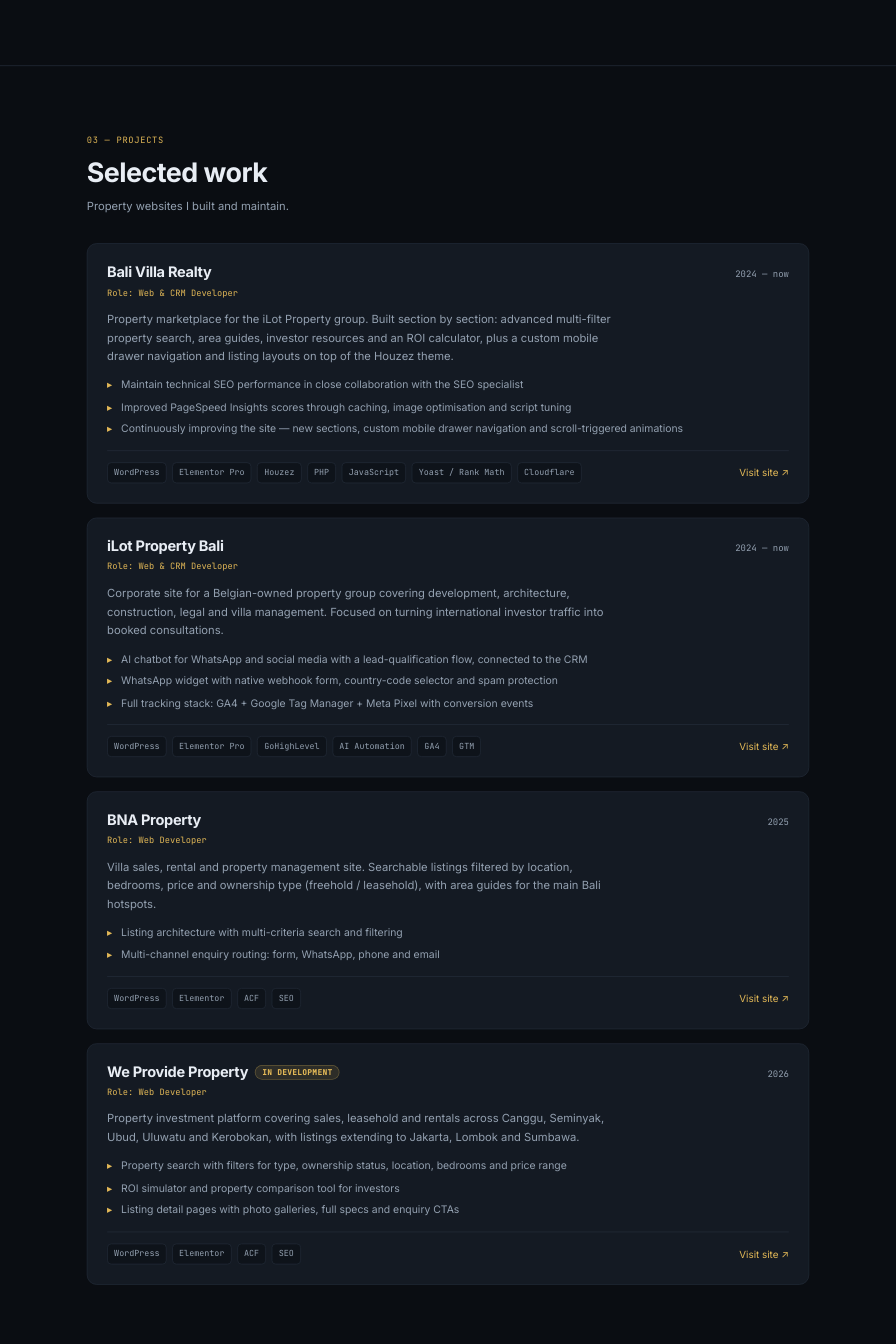
Repository: agungcantona/portfolio-react
Page: /
An editor plug-in stored every save of this project. The page is shown before and after the next save, followed by the edit.
The browser window is 1280 px wide. The pictures show the part of the page from y = 2058 to 3978 px (the page is 6029 px tall), at 70% of full size.
The project was rebuilt for these pictures with package versions that can differ from the ones it lists, and the page was loaded fresh each time. Also part of the build but not shown: vite.config.js, src/hooks/useReveal.js.

Above is the page before, as saved 2026-09-02 22:12:56.

### index.html
<!doctype html>
<html lang="en">
  <head>
    <meta charset="UTF-8" />
    <meta name="viewport" content="width=device-width, initial-scale=1.0" />

    <!-- SEO dasar -->
    <title>Agung Cantona — Web &amp; CRM Developer · Digital Marketing</title>
    <meta
      name="description"
      content="Portfolio of I Gede Agung Cantona Suryabisana — Web &amp; CRM Developer in Bali, building property websites with WordPress, React, GoHighLevel CRM, SEO and analytics."
    />
    <meta name="author" content="I Gede Agung Cantona Suryabisana" />

    <!-- Preview saat link dibagikan di WhatsApp / LinkedIn -->
    <meta property="og:type" content="website" />
    <meta property="og:title" content="Agung Cantona — Web &amp; CRM Developer · Digital Marketing" />
    <meta
      property="og:description"
      content="Web &amp; CRM Developer in Bali. Property websites, CRM automation, SEO and analytics."
    />

    <link rel="preconnect" href="https://fonts.googleapis.com" />
    <link rel="preconnect" href="https://fonts.gstatic.com" crossorigin />
    <link
      href="https://fonts.googleapis.com/css2?family=Inter:wght@400;500;600;700&family=JetBrains+Mono:wght@400;500&display=swap"
      rel="stylesheet"
    />
  </head>
  <body>
    <!-- React "menempel" ke div ini. Lihat src/main.jsx -->
    <div id="root"></div>
    <script type="module" src="/src/main.jsx"></script>
  </body>
</html>

### src/main.jsx
import React from 'react'
import ReactDOM from 'react-dom/client'
import App from './App.jsx'
import './index.css'

// Ini pintu masuk aplikasi React.
// React mengambil alih <div id="root"> di index.html, lalu merender <App /> di dalamnya.
ReactDOM.createRoot(document.getElementById('root')).render(
  <React.StrictMode>
    <App />
  </React.StrictMode>
)

### src/data/content.js
// =============================================================
//  SEMUA TEKS WEBSITE ADA DI FILE INI.
//  Mau ganti isi website? Edit di sini saja, jangan di komponen.
//
//  Struktur: content.en = versi Inggris, content.id = versi Indonesia.
//  Kedua object HARUS punya key yang sama persis, hanya isinya beda bahasa.
// =============================================================

// --- Data yang tidak perlu diterjemahkan (sama di kedua bahasa) ---
export const profile = {
  name: "Agung Cantona",
  fullName: "I Gede Agung Cantona Suryabisana",
  initials: "AC",
  email: "agungcantona.work@gmail.com",
  phone: "+62 812 3966 3155",
  whatsapp: "6281239663155",
  location: "Denpasar, Bali",
  linkedin: "https://www.linkedin.com/in/agung-cantona/",
  github: "https://github.com/agungcantona",
  cvUrl: "/cv.pdf",
};

// .filter(Boolean) membuang entri kosong — jadi GitHub otomatis tidak tampil
// selama profile.github masih kosong.
export const socials = [
  { label: "Email", href: `mailto:${profile.email}` },
  { label: "WhatsApp", href: `https://wa.me/${profile.whatsapp}` },
  { label: "LinkedIn", href: profile.linkedin },
  profile.github && { label: "GitHub", href: profile.github },
].filter(Boolean);

// --- Daftar project ---
export const projects = [
  {
    id: "bvr",
    name: "Bali Villa Realty",
    url: "https://balivillarealty.com",
    year: "2024 — now",
    role: { en: "Web & CRM Developer", id: "Web & CRM Developer" },
    desc: {
      en: "Property marketplace for the iLot Property group. Built section by section: advanced multi-filter property search, area guides, investor resources and an ROI calculator, plus a custom mobile drawer navigation and listing layouts on top of the Houzez theme.",
      id: "Marketplace properti untuk grup iLot Property. Dibangun section demi section: pencarian properti multi-filter, area guide, investor resources dan ROI calculator, plus navigasi drawer mobile custom dan layout listing di atas tema Houzez.",
    },
    highlights: {
      en: [
        "Maintain technical SEO performance in close collaboration with the SEO specialist",
        "Improved PageSpeed Insights scores through caching, image optimisation and script tuning",
        "Continuously improving the site — new sections, custom mobile drawer navigation and scroll-triggered animations",
      ],
      id: [
        "Menjaga performa SEO teknikal bersama SEO specialist",
        "Meningkatkan skor PageSpeed Insights lewat caching, optimasi gambar, dan penataan script",
        "Terus mengembangkan situs — section baru, navigasi drawer mobile custom, dan animasi scroll",
      ],
    },
    tech: [
      "WordPress",
      "Elementor Pro",
      "Houzez",
      "PHP",
      "JavaScript",
      "Yoast / Rank Math",
      "Cloudflare",
    ],
  },
  {
    id: "ilot",
    name: "iLot Property Bali",
    url: "https://ilotpropertybali.com",
    year: "2024 — now",
    role: { en: "Web & CRM Developer", id: "Web & CRM Developer" },
    desc: {
      en: "Corporate site for a Belgian-owned property group covering development, architecture, construction, legal and villa management. Focused on turning international investor traffic into booked consultations.",
      id: "Website korporat grup properti milik Belgia yang mencakup development, arsitektur, konstruksi, legal, dan villa management. Fokus mengubah trafik investor asing menjadi booking konsultasi.",
    },
    highlights: {
      en: [
        "AI chatbot for WhatsApp and social media with a lead-qualification flow, connected to the CRM",
        "WhatsApp widget with native webhook form, country-code selector and spam protection",
        "Full tracking stack: GA4 + Google Tag Manager + Meta Pixel with conversion events",
      ],
      id: [
        "AI chatbot untuk WhatsApp dan social media dengan alur kualifikasi lead, terhubung ke CRM",
        "Widget WhatsApp dengan form webhook native, pemilih kode negara, dan proteksi spam",
        "Tracking lengkap: GA4 + Google Tag Manager + Meta Pixel beserta conversion event",
      ],
    },
    tech: [
      "WordPress",
      "Elementor Pro",
      "GoHighLevel",
      "AI Automation",
      "GA4",
      "GTM",
    ],
  },
  {
    id: "bna",
    name: "BNA Property",
    url: "https://bnaproperty.com",
    year: "2025",
    role: { en: "Web Developer", id: "Web Developer" },
    desc: {
      en: "Villa sales, rental and property management site. Searchable listings filtered by location, bedrooms, price and ownership type (freehold / leasehold), with area guides for the main Bali hotspots.",
      id: "Website jual villa, rental, dan property management. Listing dengan filter lokasi, jumlah kamar, harga, dan tipe kepemilikan (freehold / leasehold), plus area guide untuk lokasi utama di Bali.",
    },
    highlights: {
      en: [
        "Listing architecture with multi-criteria search and filtering",
        "Multi-channel enquiry routing: form, WhatsApp, phone and email",
      ],
      id: [
        "Arsitektur listing dengan pencarian dan filter multi-kriteria",
        "Routing enquiry multi-channel: form, WhatsApp, telepon, dan email",
      ],
    },
    tech: ["WordPress", "Elementor", "ACF", "SEO"],
  },
  {
    id: "wpp",
    name: "We Provide Property",
    url: "https://weprovideproperty.com",
    year: "2026",
    role: { en: "Web Developer", id: "Web Developer" },
    desc: {
      en: "Property investment platform covering sales, leasehold and rentals across Canggu, Seminyak, Ubud, Uluwatu and Kerobokan, with listings extending to Jakarta, Lombok and Sumbawa.",
      id: "Platform investasi properti untuk penjualan, leasehold, dan sewa di Canggu, Seminyak, Ubud, Uluwatu, dan Kerobokan, dengan listing yang meluas sampai Jakarta, Lombok, dan Sumbawa.",
    },
    highlights: {
      en: [
        "Property search with filters for type, ownership status, location, bedrooms and price range",
        "ROI simulator and property comparison tool for investors",
        "Listing detail pages with photo galleries, full specs and enquiry CTAs",
      ],
      id: [
        "Pencarian properti dengan filter tipe, status kepemilikan, lokasi, jumlah kamar, dan rentang harga",
        "ROI simulator dan fitur perbandingan properti untuk investor",
        "Halaman detail listing dengan galeri foto, spesifikasi lengkap, dan CTA enquiry",
      ],
    },
    tech: ["WordPress", "Elementor", "ACF", "SEO"],
    inProgress: true,
  },
];

// tambah ini jika masih tahap development
// tech: ["In development"],

// --- Skill dikelompokkan per kategori ---
export const skillGroups = [
  {
    id: "dev",
    title: { en: "Web Development", id: "Web Development" },
    items: [
      "PHP",
      "JavaScript",
      "Laravel",
      "Node.js",
      "React",
      "Tailwind CSS",
      "HTML / CSS",
      "Git & GitHub",
    ],
  },
  {
    id: "cms",
    title: { en: "CMS & Hosting", id: "CMS & Hosting" },
    items: [
      "WordPress",
      "Elementor Pro",
      "ACF",
      "Web Hosting",
      "Cloudflare",
      "VS Code",
    ],
  },
  {
    id: "crm",
    title: { en: "CRM & Automation", id: "CRM & Automation" },
    items: [
      "GoHighLevel",
      "HubSpot",
      "AI Chatbot",
      "AI Automation",
      "Lead Nurturing Workflow",
      "ClickUp",
    ],
  },
  {
    id: "marketing",
    title: { en: "SEO & Analytics", id: "SEO & Analytics" },
    items: [
      "Technical & On-page SEO",
      "Yoast / Rank Math",
      "Google Search Console",
      "Google Analytics 4",
      "Google Tag Manager",
      "Meta Pixel",
      "KPI Reporting",
    ],
  },
];

// --- Riwayat kerja (dari CV) ---
export const experience = [
  {
    id: "ilot",
    company: "iLot Property Bali",
    location: "Canggu, Bali",
    period: "Mar 2024 — Present",
    title: { en: "Web & CRM Developer", id: "Web & CRM Developer" },
    points: {
      en: [
        "Design and develop the company websites across the group’s property brands",
        "Manage and maintain all company websites, including performance and technical SEO",
        "Develop, integrate and manage the CRM stack (GoHighLevel, HubSpot)",
        "Build and maintain the AI chatbot for WhatsApp and social media",
        "Work alongside the SEO specialist to keep the sites indexable and ranking",
      ],
      id: [
        "Merancang dan membangun website perusahaan untuk brand-brand properti dalam grup",
        "Mengelola dan merawat seluruh website perusahaan, termasuk performa dan SEO teknikal",
        "Mengembangkan, mengintegrasikan, dan mengelola CRM (GoHighLevel, HubSpot)",
        "Membangun dan merawat AI chatbot untuk WhatsApp dan social media",
        "Berkolaborasi dengan SEO specialist untuk menjaga indexability dan ranking situs",
      ],
    },
  },
  {
    id: "kib",
    company: "PT Karya Inti Bersatu",
    location: "Seminyak, Bali",
    period: "May 2023 — Mar 2024",
    title: {
      en: "Web Developer / Programmer",
      id: "Web Developer / Programmer",
    },
    points: {
      en: [
        "Designed and built new websites for clients from scratch",
        "Maintained a portfolio of live client websites",
        "Added new features and revised existing sites to fit changing client needs",
      ],
      id: [
        "Merancang dan membangun website baru untuk klien dari nol",
        "Merawat sejumlah website klien yang sedang berjalan",
        "Menambah fitur baru dan merevisi website yang sudah ada sesuai kebutuhan klien",
      ],
    },
  },
  {
    id: "hokky",
    company: "IAMBEHOKKY",
    location: "Denpasar, Bali",
    period: "Dec 2021 — Feb 2022",
    title: {
      en: "Front-End WordPress Developer — Internship",
      id: "Front-End WordPress Developer — Magang",
    },
    points: {
      en: [
        "Built client websites with WordPress",
        "Advised clients on UI/UX decisions during the design process",
        "Revised and improved existing websites",
      ],
      id: [
        "Membangun website klien menggunakan WordPress",
        "Memberi masukan UI/UX kepada klien selama proses desain",
        "Merevisi dan memperbaiki website yang sudah berjalan",
      ],
    },
  },
];

// --- Pendidikan (dari CV) ---
export const education = [
  {
    id: "stikom",
    school: "ITB STIKOM Bali",
    period: "2019 — 2023",
    detail: {
      en: "Bachelor of Information Systems — GPA 3.85 / 4.00",
      id: "S1 Sistem Informasi — IPK 3,85 / 4,00",
    },
  },
  {
    id: "bangkit",
    school: "Bangkit Academy",
    period: "2022",
    detail: {
      en: "Cloud Computing path by Google, GoTo & Traveloka — ML API deployment and cloud infrastructure",
      id: "Jalur Cloud Computing oleh Google, GoTo & Traveloka — deployment ML API dan infrastruktur cloud",
    },
  },
  {
    id: "smk",
    school: "SMK TI Bali Global",
    period: "2016 — 2019",
    detail: {
      en: "Computer Network Engineering",
      id: "Teknik Komputer dan Jaringan",
    },
  },
];

// --- Sertifikasi (dari CV) ---
export const certifications = [
  {
    id: "dicoding",
    name: {
      en: "Becoming a Front-End Web Developer Expert",
      id: "Becoming a Front-End Web Developer Expert",
    },
    issuer: "Dicoding",
    year: "2023",
  },
  {
    id: "udemy-seo",
    name: {
      en: "The Ultimate SEO Training + SEO for WordPress",
      id: "The Ultimate SEO Training + SEO for WordPress",
    },
    issuer: "Udemy",
    year: "2024",
  },
];

// --- Semua teks statis per bahasa ---
export const content = {
  en: {
    nav: {
      about: "About",
      skills: "Skills",
      projects: "Projects",
      experience: "Experience",
      contact: "Contact",
    },
    hero: {
      available: "Open to new opportunities",
      greeting: "Hi, I am",
      role: "Web & CRM Developer · Digital Marketing",
      tagline:
        "I build and maintain property websites in Bali — from the front-end and the CMS to the SEO, tracking, CRM and AI automation that turn visitors into qualified leads.",
      ctaPrimary: "View projects",
      ctaSecondary: "Download CV",
      stats: [
        { value: "3+", label: "Years experience" },
        { value: "4", label: "Property websites" },
        { value: "3.85", label: "GPA / 4.00" },
      ],
    },
    about: {
      eyebrow: "01 — About",
      title: "A developer who understands marketing",
      body: [
        "I am Agung Cantona, an Information Systems graduate from ITB STIKOM Bali, now working as a Web & CRM Developer for a Belgian-owned property group in Canggu.",
        "I started out building WordPress sites for clients, first as an intern and then at an agency in Seminyak. Today I handle the full digital operation of a property group: building the websites, keeping them fast and indexable, wiring up the tracking, and running the CRM and AI chatbot behind every enquiry.",
        'That mix means I do not stop at "the page looks good". I care whether the form fires the conversion event, whether the canonical tag survives a permalink migration, and whether the lead actually lands in the CRM with the right tag.',
        "Right now I am going deeper into modern front-end — React, component thinking and clean state management — so I can build interfaces from scratch instead of working around a theme.",
      ],
      factsTitle: "Quick facts",
      facts: [
        { k: "Based in", v: "Denpasar, Bali" },
        { k: "Current role", v: "Web & CRM Developer" },
        { k: "Industry", v: "Real Estate / Property" },
        { k: "Languages", v: "Indonesian, English" },
      ],
    },
    skills: {
      eyebrow: "02 — Skills",
      title: "What I work with",
      note: "Tools I use regularly, grouped by what they are for.",
    },
    projects: {
      eyebrow: "03 — Projects",
      title: "Selected work",
      note: "Property websites I built and maintain.",
      visit: "Visit site",
      roleLabel: "Role",
      inProgress: "In development",
    },
    experience: {
      eyebrow: "04 — Experience",
      title: "Where I have worked",
      educationTitle: "Education",
      certificationsTitle: "Certifications",
    },
    contact: {
      eyebrow: "05 — Contact",
      title: "Let's work together",
      body: "Open to roles as a Web & CRM Developer, Digital Marketing Specialist or Marketing Executive — remote or based in Bali. The fastest way to reach me is email or WhatsApp.",
      cta: "Send an email",
    },
    footer: {
      built: "Built with React and Vite.",
      rights: "All rights reserved.",
    },
  },

  id: {
    nav: {
      about: "Tentang",
      skills: "Keahlian",
      projects: "Project",
      experience: "Pengalaman",
      contact: "Kontak",
    },
    hero: {
      available: "Terbuka untuk peluang baru",
      greeting: "Halo, saya",
      role: "Web & CRM Developer · Digital Marketing",
      tagline:
        "Saya membangun dan merawat website properti di Bali — dari sisi front-end dan CMS sampai SEO, tracking, CRM, dan AI automation yang mengubah pengunjung menjadi lead berkualitas.",
      ctaPrimary: "Lihat project",
      ctaSecondary: "Unduh CV",
      stats: [
        { value: "3+", label: "Tahun pengalaman" },
        { value: "4", label: "Website properti" },
        { value: "3,85", label: "IPK / 4,00" },
      ],
    },
    about: {
      eyebrow: "01 — Tentang",
      title: "Developer yang paham marketing",
      body: [
        "Saya Agung Cantona, lulusan Sistem Informasi ITB STIKOM Bali, saat ini bekerja sebagai Web & CRM Developer untuk grup properti milik Belgia di Canggu.",
        "Saya memulai karier dengan membangun website WordPress untuk klien — awalnya sebagai anak magang, lalu di sebuah agency di Seminyak. Sekarang saya menangani seluruh operasional digital sebuah grup properti: membangun websitenya, menjaga performa dan indexability, memasang tracking, serta mengelola CRM dan AI chatbot di balik setiap enquiry.",
        'Kombinasi itu membuat saya tidak berhenti di "halamannya sudah bagus". Saya peduli apakah form-nya benar-benar memicu conversion event, apakah canonical tag selamat setelah migrasi permalink, dan apakah lead-nya benar-benar masuk ke CRM dengan tag yang tepat.',
        "Saat ini saya sedang mendalami front-end modern — React, cara berpikir berbasis komponen, dan state management yang rapi — supaya bisa membangun interface dari nol, bukan sekadar mengakali tema.",
      ],
      factsTitle: "Info singkat",
      facts: [
        { k: "Domisili", v: "Denpasar, Bali" },
        { k: "Posisi saat ini", v: "Web & CRM Developer" },
        { k: "Industri", v: "Real Estate / Properti" },
        { k: "Bahasa", v: "Indonesia, Inggris" },
      ],
    },
    skills: {
      eyebrow: "02 — Keahlian",
      title: "Tools yang saya pakai",
      note: "Tools yang rutin saya gunakan, dikelompokkan berdasarkan fungsinya.",
    },
    projects: {
      eyebrow: "03 — Project",
      title: "Pilihan project",
      note: "Website properti yang saya bangun dan kelola.",
      visit: "Kunjungi situs",
      roleLabel: "Peran",
      inProgress: "Dalam pengembangan",
    },
    experience: {
      eyebrow: "04 — Pengalaman",
      title: "Riwayat pekerjaan",
      educationTitle: "Pendidikan",
      certificationsTitle: "Sertifikasi",
    },
    contact: {
      eyebrow: "05 — Kontak",
      title: "Mari bekerja sama",
      body: "Terbuka untuk posisi Web & CRM Developer, Digital Marketing Specialist, atau Marketing Executive — remote maupun di Bali. Cara tercepat menghubungi saya lewat email atau WhatsApp.",
      cta: "Kirim email",
    },
    footer: {
      built: "Dibuat dengan React dan Vite.",
      rights: "Seluruh hak cipta dilindungi.",
    },
  },
};

### src/components/Contact.jsx
import { profile, socials } from '../data/content'
import Section from './Section'
import Reveal from './Reveal'

export default function Contact({ t }) {
  return (
    <Section id="contact" eyebrow={t.contact.eyebrow} title={t.contact.title}>
      <Reveal>
        <div className="contact-card">
          <p className="contact-body">{t.contact.body}</p>

          <a href={`mailto:${profile.email}`} className="btn btn-primary">
            {t.contact.cta}
          </a>

          <div className="contact-links">
            {socials.map((social) => (
              <a
                key={social.label}
                href={social.href}
                target="_blank"
                rel="noopener noreferrer"
                className="contact-chip"
              >
                {social.label}
              </a>
            ))}
          </div>
        </div>
      </Reveal>
    </Section>
  )
}

### src/components/Footer.jsx
import { profile } from '../data/content'

export default function Footer({ t }) {
  // new Date().getFullYear() → tahun otomatis update sendiri
  const year = new Date().getFullYear()

  return (
    <footer className="footer">
      <div className="container footer-inner">
        <span>
          © {year} {profile.fullName}. {t.footer.rights}
        </span>
        <span>{t.footer.built}</span>
      </div>
    </footer>
  )
}

### src/components/Reveal.jsx
import { useReveal } from '../hooks/useReveal'

/**
 * Komponen pembungkus untuk animasi "muncul saat di-scroll".
 *
 * Contoh: <Reveal><h2>Halo</h2></Reveal>
 *
 * `children` adalah prop bawaan React: apa pun yang ditulis
 * di antara <Reveal> ... </Reveal> masuk ke variabel ini.
 * `delay` (dalam detik) untuk membuat efek muncul bergantian.
 */
export default function Reveal({ children, delay = 0, className = '' }) {
  const [ref, isVisible] = useReveal()

  return (
    <div
      ref={ref}
      className={`reveal ${isVisible ? 'is-visible' : ''} ${className}`}
      style={{ transitionDelay: `${delay}s` }}
    >
      {children}
    </div>
  )
}

### src/components/Section.jsx
import Reveal from './Reveal'

/**
 * Kerangka yang dipakai ulang oleh semua section (About, Skills, dst).
 * Tujuannya supaya jarak, judul, dan eyebrow konsisten
 * dan tidak perlu ditulis berulang-ulang di tiap komponen.
 */
export default function Section({ id, eyebrow, title, note, children }) {
  return (
    <section id={id} className="section">
      <div className="container">
        <Reveal>
          <p className="eyebrow">{eyebrow}</p>
          <h2 className="section-title">{title}</h2>
          {/* Tanda && artinya: tampilkan hanya kalau `note` ada isinya */}
          {note && <p className="section-note">{note}</p>}
        </Reveal>
        {children}
      </div>
    </section>
  )
}

Loaded but not shown: src/hooks/useActiveSection.js (40 lines, source omitted); src/index.css (812 lines, source omitted); src/components/Nav.jsx (77 lines, source omitted); src/components/Experience.jsx (62 lines, source omitted); src/components/Projects.jsx (72 lines, source omitted); src/App.jsx (45 lines, source omitted); src/components/Hero.jsx (49 lines, source omitted); src/components/Skills.jsx (34 lines, source omitted); src/components/About.jsx (30 lines, source omitted)

After the next save:
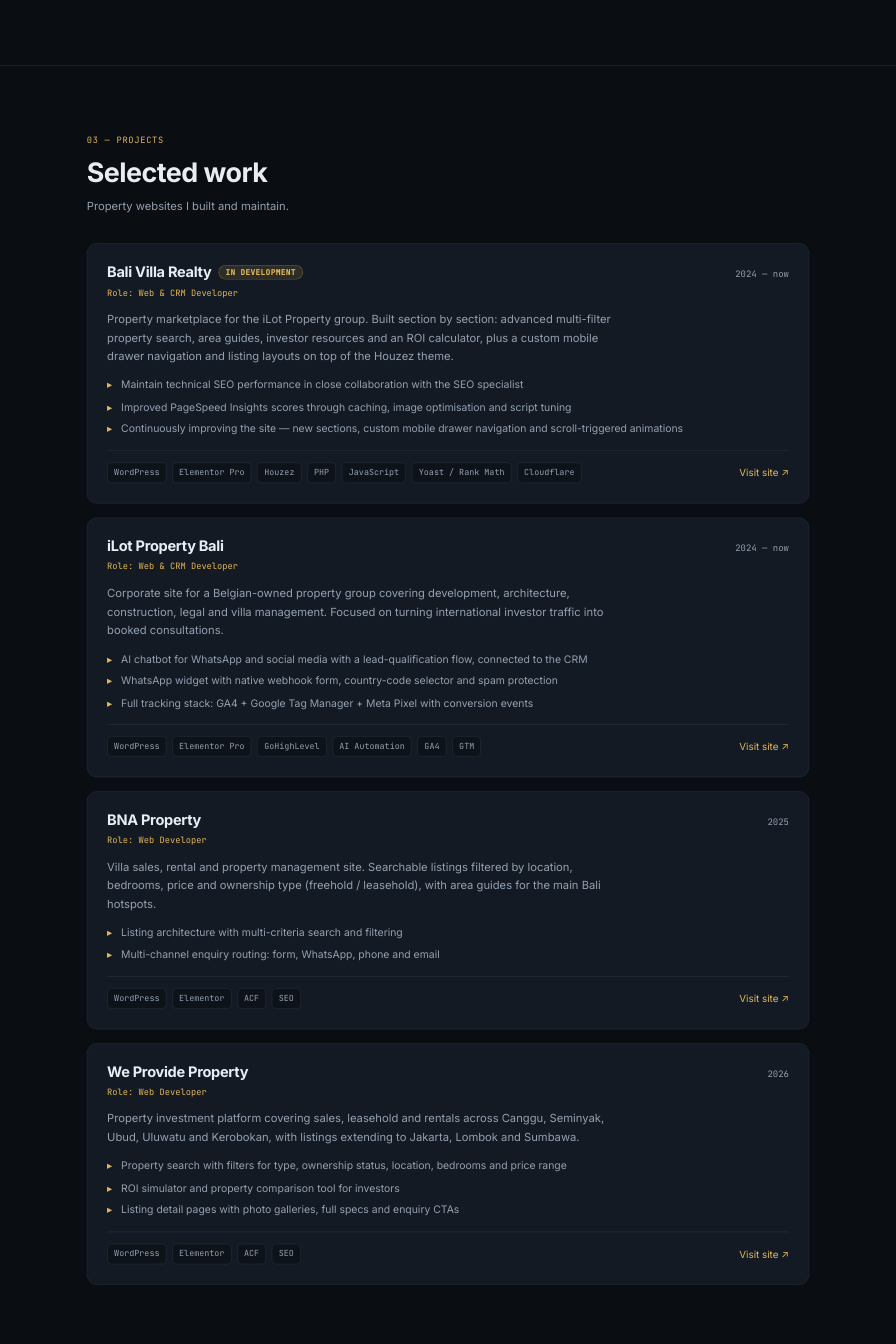
Saved 67 days later.
--- a/src/data/content.js
+++ b/src/data/content.js
@@ -62,6 +62,7 @@ export const projects = [
       "Yoast / Rank Math",
       "Cloudflare",
     ],
+    inProgress: true,
   },
   {
     id: "ilot",
@@ -139,7 +140,6 @@ export const projects = [
       ],
     },
     tech: ["WordPress", "Elementor", "ACF", "SEO"],
-    inProgress: true,
   },
 ];
 
